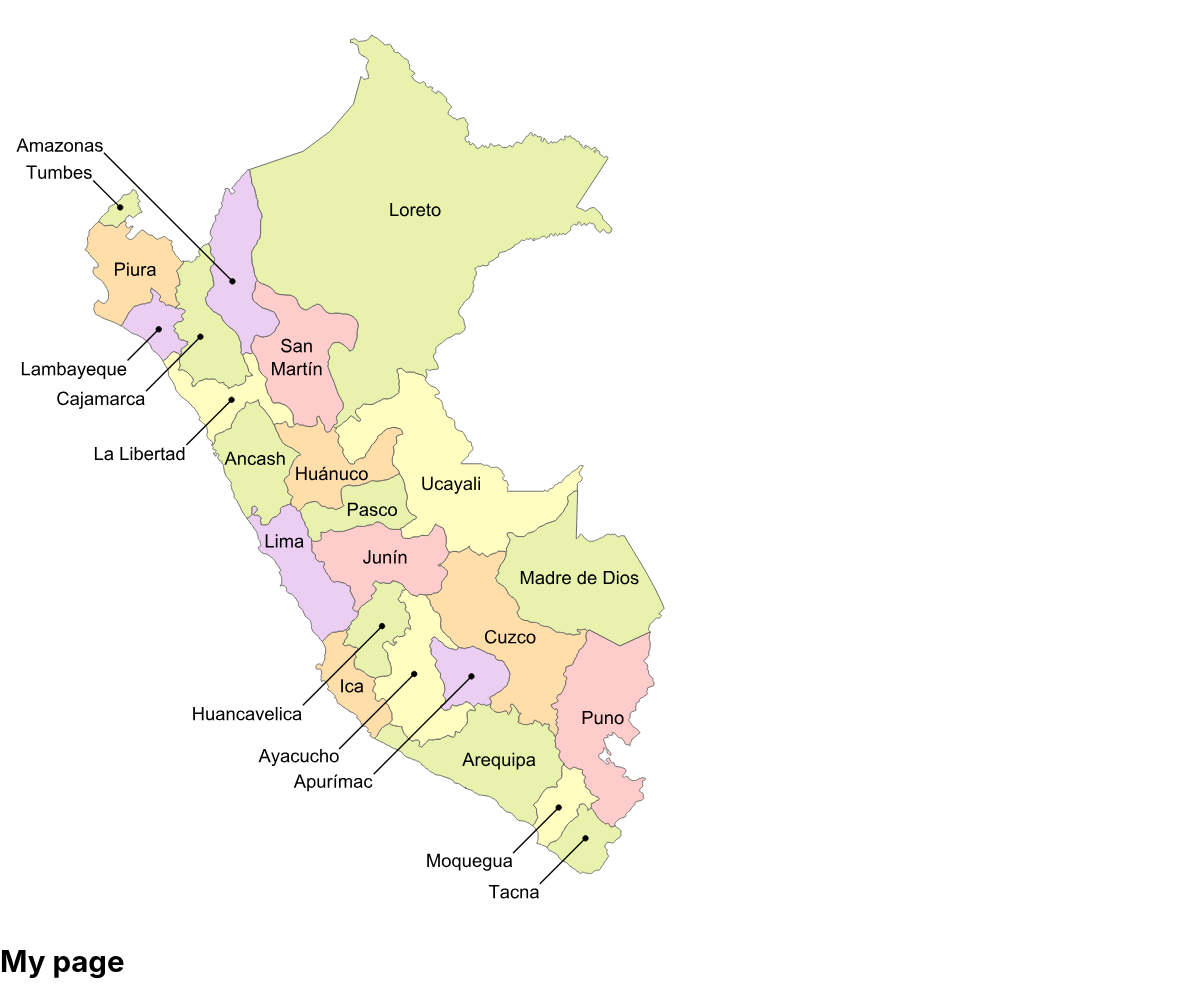
Repository: danielavelosar/InteractiveSVGwithNext
Page: /
The author's editor kept a copy of each file at every save. The page is drawn from the files as they stood at one save, then again after the next save.
The browser window is 1280 px wide. The pictures show the whole page, at 92% of full size.
The project was rebuilt for these pictures with package versions that can differ from the ones it lists, and the page was loaded fresh each time. The framework's server and built-in components were replaced by stand-ins that run in the browser. Also part of the build but not shown: next.config.js.

Above is the page before, as saved 2022-12-02 15:14:23.

After the next save:
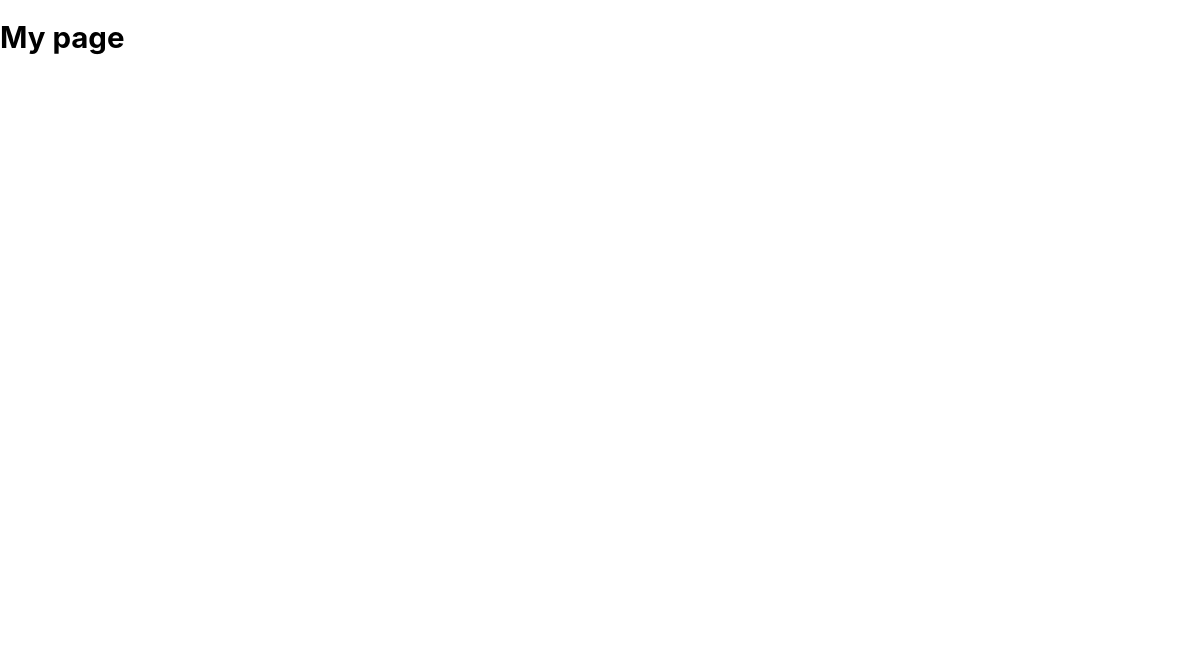
Saved 51 s later.
--- a/pages/index.tsx
+++ b/pages/index.tsx
@@ -5,7 +5,7 @@
 
   return (
     <div>
-      <object data="/peruMap.svg" type="image/svg+xml"></object>
+      {/* <object data="/peruMap.svg" type="image/svg+xml"></object> */}
         <h1>My page</h1>
     </div>
   );

After the save that followed:
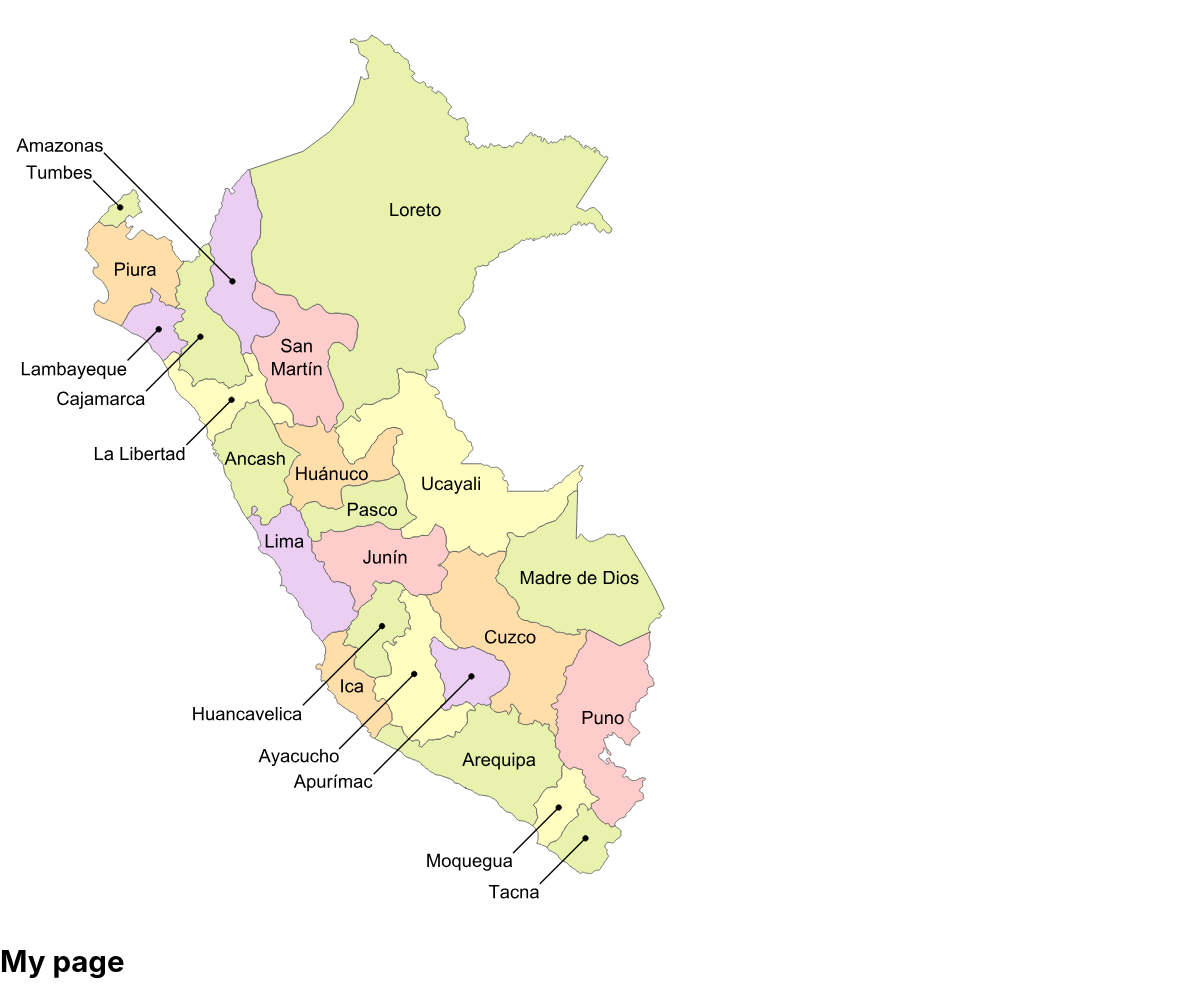
Saved 20 s later.
--- a/pages/index.tsx
+++ b/pages/index.tsx
@@ -5,7 +5,7 @@
 
   return (
     <div>
-      {/* <object data="/peruMap.svg" type="image/svg+xml"></object> */}
+      <object data="/peruMap.svg" type="image/svg+xml"></object>
         <h1>My page</h1>
     </div>
   );
